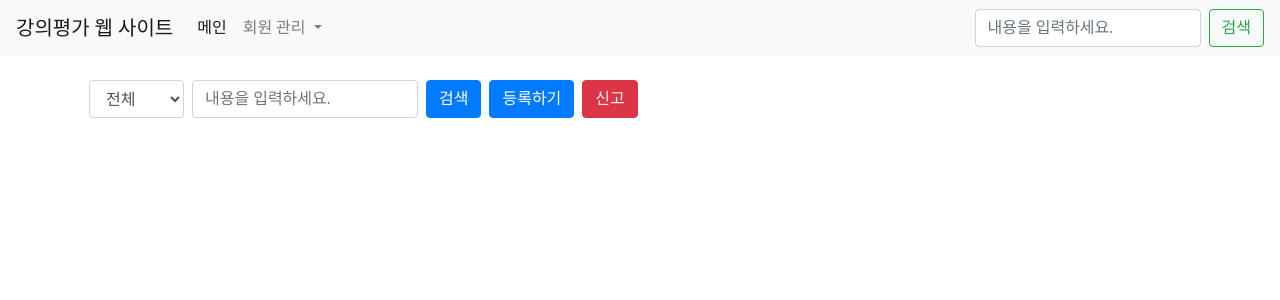
Repository: cldud5221/thdcldud
Page: http://localhost/info/
These files come from the project's save history. The page is drawn as it stood at one moment and after the next save; the edit follows.
The browser window is 1280 px wide. The pictures show the whole page.
Some web fonts or font styles are not loaded; a fallback is used. The page is served by Tomcat 9. Other server files are loaded and not shown.

Above is the page before, as saved 2019-07-09 07:39:23.

### info/WebContent/index.jsp
<%@ page language="java" contentType="text/html; charset=UTF-8" pageEncoding="UTF-8"%>
<!DOCTYPE html>
<html>
<head>
	<meta http-equiv="Content-Type" content="text/html; charset=UTF-8">
	<meta name="viewport" content="width=device-width, initial-scale=1, shrink-to-fit=no">
	<title> 강의 평가 웹 사이트   </title>
	<!-- 부트스트랩 CSS 추가하기 -->
	<link rel="stylesheet" href="./css/bootstrap.min.css">
	<!-- 커스텀 CSS 추가하기 -->
	<link rel="stylesheet" href="./css/custom.css">
</head>
<body>
	<nav class="navbar navbar-expand-lg navbar-light bg-light">
		<a class="navbar-brand" href="index.jsp"> 강의평가 웹 사이트</a>
		<button class="navbar-toggler" type="button" data-toggle="collapse" data-target="#navbar">
			<span class="navbar-toggler-icon"></span>
		</button>
		<div id="navbar" class="collapse navbar-collapse">
			<ul class="navbar-nav mr-auto">
				<li class="nav-item active">
					<a class="nav-link" href="index.jsp">메인</a>
				</li>
				<li class="nav-item dropdown">
					<a class="nav-link dropdown-toggle" id="dropdown" data-toggle="dropdown">
						회원 관리
					</a>
					<div class="dropdown-menu" aria-labelledby="dropdown">
						<a class="dropdown-item" href="#">로그인</a>
						<a class="dropdown-item" href="#">회원가입</a>
						<a class="dropdown-item" href="#">로그아웃</a>
					</div>
				</li>
			</ul>
			<form class="form-inline my-2 my-lg-0">
				<input class="form-control mr-sm-2" type="search" placeholder="내용을 입력하세요." aria-label="Search">
				<button class="btn btn-outline-success my-2 my-sm-0" type="submit">검색</button>
			</form>
		</div>
	</nav>
	<section class="container">
		<form method="get" action="./index.jsp" class="form-inline mt-3">
			<select name="lectureDivide" class="form-control mx-1 mt-2">
				<option value="전체">전체</option>
				<option value="보안">보안</option>
				<option value="자바">자바</option>
				<option value="웹 개발">웹 개발</option>
			</select>
			<input type="text" name="search" class="form-control mx-1 mt-2" placeholder="내용을 입력하세요.">
			<button type="submit" class="btn btn-primary mx-1 mt-2">검색</button>
			<a class="btn btn-primary mx-1 mt-2" data-toggle="modal" href="#registerModal">등록하기</a>
			<a class="btn btn-danger mx-1 mt-2" data-toggle="modal" href="#registerModal">신고</a>
		</form>
	</section>
	<div class="modal fade" id="registerModal" tabindex="-1" role="dialog" aria-labelledby="modal" aria-hidden="true">
		<div class="modal-dialog">
			<div class="modal-content">
				<div class="modal-header">
					<h5 class="modal-title" id="modal">평가 등록</h5>
					<button type="button" class="close" data-dismiss="modal" aria-label="Close">
						<span aria-hidden="true">&times;</span>
					</button>
				</div>
				<div class="modal-body">
					<form action="./evaluationRegisterAction.jsp" method="post">
						<div class="form-row">
							<div class="form-group col-sm-6">
								<label>강의명</label>
								<input type="text" name="lectureName" class="form-control" maxlength="20">
							</div>
							<div class="form-group col-sm-6">
								<label>강사명</label>
								<input type="text" name="professorName" class="form-control" maxlength="20">
							</div>
						</div>
					</form>
				</div>
			</div>
		</div>
	</div>
	<!-- 제이쿼리 자바스크립트 추가하기 -->
	<script src="./js/jquery.min.js"></script>
	<!-- 파퍼 자바스크립트 추가하기 -->
	<script src="./js/pooper.js"></script>
	<!-- 부트스트랩 자바스크립트 추가하기 -->
	<script src="./js/bootstrap.min.js"></script>
</body>
</html>

### info/WebContent/css/custom.css
@import url(https://fonts.googleapis.com/earlyaccess/jejugothic.css);
@import url(https://fonts.googleapis.com/earlyaccess/nanumgothic.css);
.navbar-brand, h1, h2, h3, h4 {
	font-family: 'Jeju Gothic';
}
h5 {
	font-family: 'Jeju Gothic';
	font-size: 18px;
}
body {
	font-family: 'Nanum Gothic';
}

Loaded but not shown: info/WebContent/css/bootstrap.min.css (library); info/WebContent/js/jquery.min.js (library); info/WebContent/js/pooper.js (library); info/WebContent/js/bootstrap.min.js (library)

After the next save:
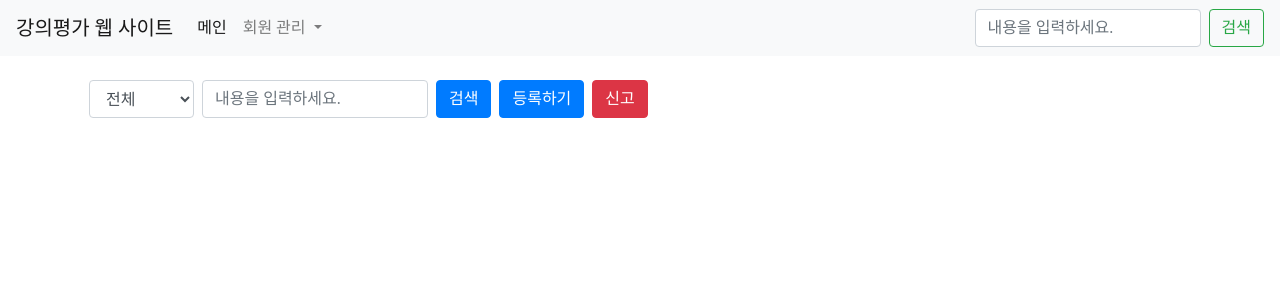
Saved 29 min 33 s later.
--- a/info/WebContent/index.jsp
+++ b/info/WebContent/index.jsp
@@ -45,6 +45,7 @@
 				<option value="보안">보안</option>
 				<option value="자바">자바</option>
 				<option value="웹 개발">웹 개발</option>
+				<option value="네트워크">네트워크</option>
 			</select>
 			<input type="text" name="search" class="form-control mx-1 mt-2" placeholder="내용을 입력하세요.">
 			<button type="submit" class="btn btn-primary mx-1 mt-2">검색</button>
@@ -73,6 +74,44 @@
 								<input type="text" name="professorName" class="form-control" maxlength="20">
 							</div>
 						</div>
+						<div class="form-row">
+							<div class="form-group col-sm-4">
+								<label>강의 수강 연도</label>
+								<select name="lectureYear" class="form-control">
+									<option value="2010">2010</option>
+									<option value="2011">2011</option>
+									<option value="2012">2012</option>
+									<option value="2013">2013</option>
+									<option value="2014">2014</option>
+									<option value="2015">2015</option>
+									<option value="2016">2016</option>
+									<option value="2017">2017</option>
+									<option value="2018" selected>2018</option>
+									<option value="2019">2019</option>
+									<option value="2020">2020</option>
+									<option value="2021">2021</option>
+									<option value="2022">2022</option>
+									<option value="2023">2023</option>
+								</select>
+							</div>
+							<div class="form-group col-sm-4">
+								<label>수강 분기</label>
+								<select name="semesterDivide" class="form-control">
+									<option value="1분기" selected>1분기</option>
+									<option value="2분기">2분기</option>
+									<option value="3분기">3분기</option>
+									<option value="4분기">4분기</option>
+								</select>
+							<div class="form-group col-sm-4">
+								<label>강의 구분</label>
+								<select name="semesterDivide" class="form-control">
+									<option value="보안" selected>보안</option>
+									<option value="자바">자바</option>
+									<option value="웹 개발">웹 개발]</option>
+									<option value="네트워크">네트워크</option>
+								</select>
+							</div>
+						</div>
 					</form>
 				</div>
 			</div>

After the 2 saves that followed:
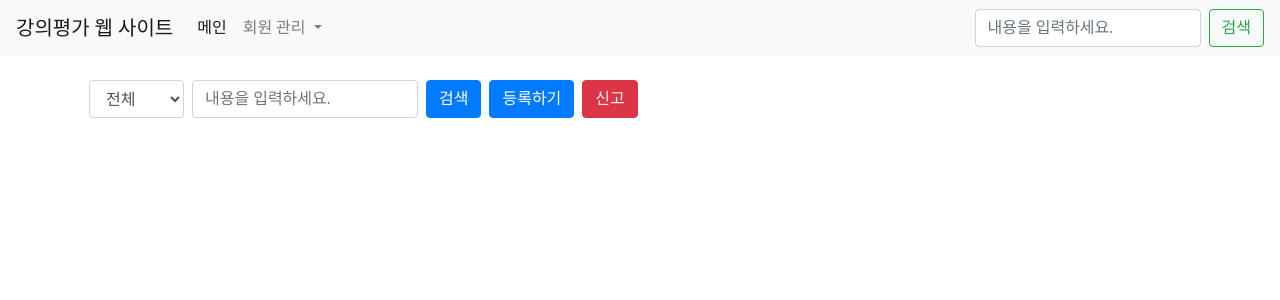
The 2 saves are shown as one change because 1 left the picture as it was.
The last was saved 94 s later.
--- a/info/WebContent/index.jsp
+++ b/info/WebContent/index.jsp
@@ -45,7 +45,6 @@
 				<option value="보안">보안</option>
 				<option value="자바">자바</option>
 				<option value="웹 개발">웹 개발</option>
-				<option value="네트워크">네트워크</option>
 			</select>
 			<input type="text" name="search" class="form-control mx-1 mt-2" placeholder="내용을 입력하세요.">
 			<button type="submit" class="btn btn-primary mx-1 mt-2">검색</button>
@@ -104,11 +103,10 @@
 								</select>
 							<div class="form-group col-sm-4">
 								<label>강의 구분</label>
-								<select name="semesterDivide" class="form-control">
+								<select name="lectureDivide" class="form-control">
 									<option value="보안" selected>보안</option>
 									<option value="자바">자바</option>
 									<option value="웹 개발">웹 개발]</option>
-									<option value="네트워크">네트워크</option>
 								</select>
 							</div>
 						</div>
